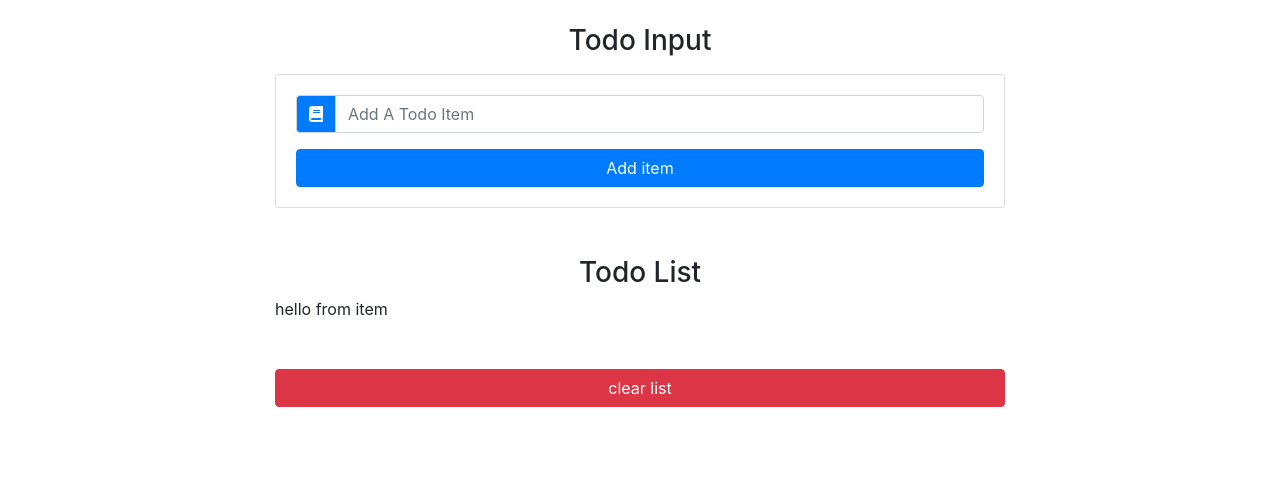
Repository: TomoyaKuroda/React-Simple-Todo-App
Page: /
An editor plug-in stored every save of this project. The page is shown before and after the next save, followed by the edit.
The browser window is 1280 px wide. The pictures show the whole page.
Some web libraries are served in a nearby version. The project was rebuilt for these pictures with package versions that can differ from the ones it lists, and the page was loaded fresh each time.

Above is the page before, as saved 2018-12-06 22:11:21.

After the next save:
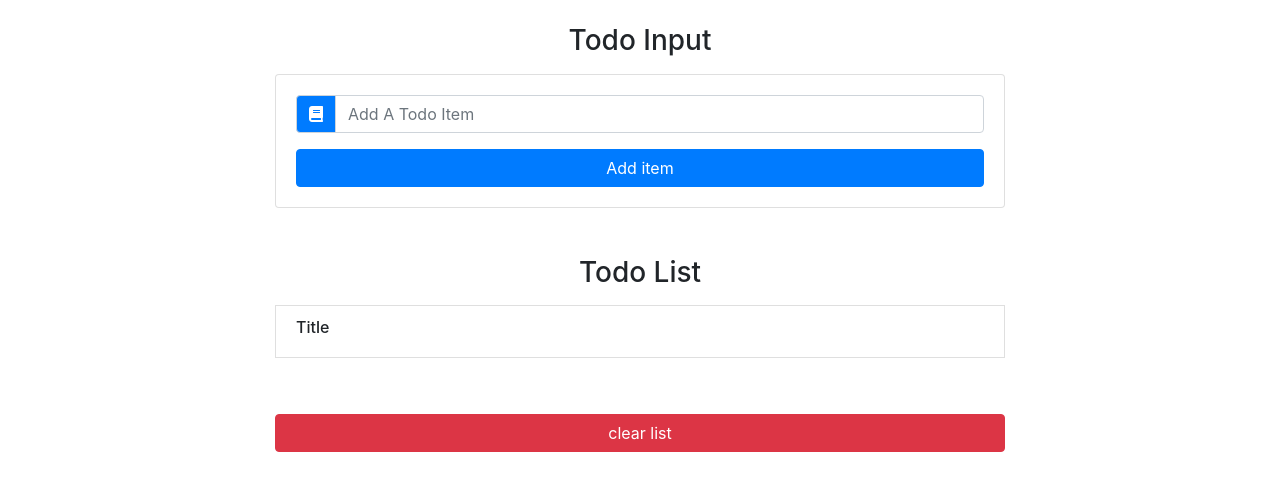
Saved 4 min 33 s later.
--- a/src/components/TodoItem.js
+++ b/src/components/TodoItem.js
@@ -3,9 +3,10 @@ import React, { Component } from 'react'
 export default class TodoItem extends Component {
   render() {
     return (
-      <div>
-        hello from item
-      </div>
+<li className="list-group-item text-capitalize d-flex justify-content-between my-2">
+<h6>title</h6>
+
+</li>
     )
   }
 }
